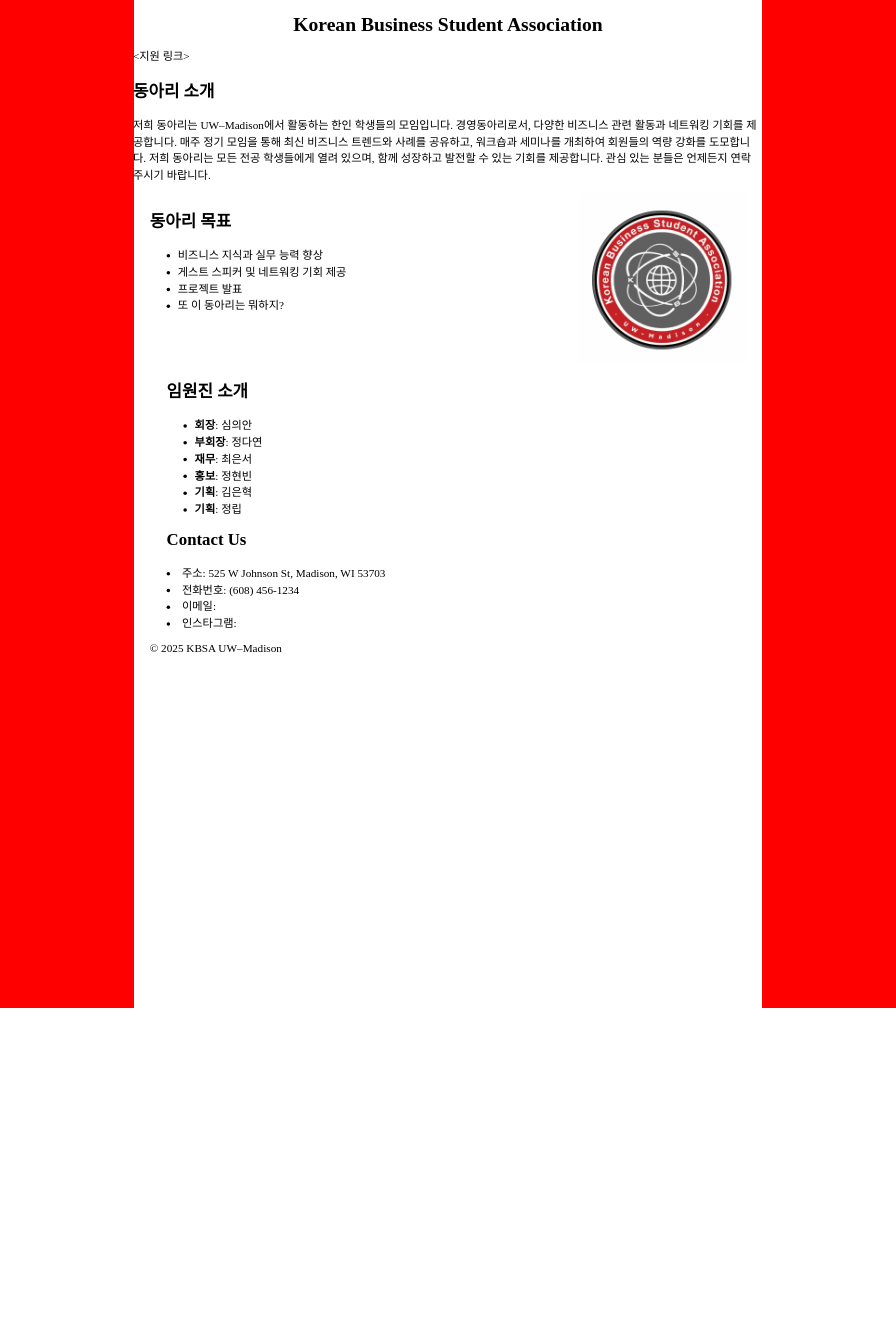
Repository: 23HarveyJi/25-Fall_chillguys
Page: website.html
These files come from the project's save history. The page is drawn as it stood at one moment and after the next save; the edit follows.
The browser window is 1280 px wide. The pictures show the part of the page from y = 0 to 1920 px (the page is 2899 px tall), at 70% of full size.

Above is the page before, as saved 2025-10-16 23:05:24.

### website.html
<!DOCTYPE html>
<html lang="ko">
<head>
  <meta charset="UTF-8" />
  <title>UW–Madison 한인 동아리</title>
  <link rel="stylesheet" href="website.css" />
</head>

<body>
  <!-- 1. 소개 섹션 -->
  <div class="container">
    <h1>Korean Business Student Association</h1>

    <지원 링크>
   <a href="https://linktr.ee/kbsamadison?fbclid=PAZXh0bgNhZW0CMTEAAaez0IGr_gX9bEeE5vzRfHqp_7vcOnbncPf-dCESPKyq1kfbQmb9ICMyHrYzuA_aem_WdY565qK-gTyYfP54jwR1g"></a>

   <h2>동아리 소개</h2>
    <p>저희 동아리는 UW–Madison에서 활동하는 한인 학생들의 모임입니다. 경영동아리로서, 다양한 비즈니스 관련 활동과 네트워킹 기회를 제공합니다.
        매주 정기 모임을 통해 최신 비즈니스 트렌드와 사례를 공유하고, 워크숍과 세미나를 개최하여 회원들의 역량 강화를 도모합니다.
        저희 동아리는 모든 전공 학생들에게 열려 있으며, 함께 성장하고 발전할 수 있는 기회를 제공합니다.
        관심 있는 분들은 언제든지 연락 주시기 바랍니다.
</p>

<div class="container">
  <div class="content">
    <div class="text">
      <h2>동아리 목표</h2>
      <ul>
        <li>비즈니스 지식과 실무 능력 향상</li>
        <li>게스트 스피커 및 네트워킹 기회 제공</li>
        <li>프로젝트 발표</li>
        <li>또 이 동아리는 뭐하지?</li>
      </ul>
    </div>

   <div class="image">
  <!-- 로고에만 링크 -->
  <a href="https://www.instagram.com/kbsa_madison/?hl=en" target="_blank">
    <img src="kbsa.jpg" width="300" alt="KBSA" title="kbsa_madison">
  </a>
</div>

  </div>

  <!-- 2. 임원진 섹션 (body 안에 또 body 넣지 않기!) -->
  <div class="container">
    <h2>임원진 소개</h2>
    <ul class="officers">
      <li><strong>회장</strong>: 심의안</li>
      <li><strong>부회장</strong>: 정다연</li>
      <li><strong>재무</strong>: 최은서</li>
      <li><strong>홍보</strong>: 정현빈</li>
      <li><strong>기획</strong>: 김은혁</li>
      <li><strong>기획</strong>: 정립</li>
    </ul>
  </div>
</body>
</html>
<section>
        <div class="container">
            <h2>Contact Us</h2>
        <p>
            <li>주소: 525 W Johnson St, Madison, WI 53703</li>
            <li>전화번호: (608) 456-1234</li>
           <li>이메일:</li>
            <li>인스타그램:</li>
        </p>
</section>
    <p>© 2025 KBSA UW–Madison</p>
</footer>
</body>

### website.css
/* style.css — HTML 태그 금지! CSS만 */
/* style.css */

html, body {
    height: 200%;
    margin: 0;
}
body {
  background: linear-gradient(to right,
   red 15%,
   white 15% 85%,
   red 85%);
  background-repeat: no-repeat;
margin: 0;
}
.container {
  max-width: 800px;
  margin: 50px auto;
  padding: 0 20px;
}
h1 {
    font-size: 28px;
    font-weight: 700;
    margin-bottom: 15px;
    text-align: center;
}
/* 중앙 본문 폭 */
.container { max-width: 900px; margin: 0 auto; padding: 0 24px; }

/* ⬇️ 핵심 */
.content{
  display: flex;
  align-items: flex-start;
  justify-content: space-between;
  gap: 32px;
}

.text{ flex: 1 1 60%; }                    /* 텍스트 영역 */
.image{ flex: 0 0 260px; display:flex; justify-content:flex-end; }
.image img{ width: 240px; height:auto; display:block; }

/* 좁은 화면에서는 세로로 쌓이게 */
@media (max-width: 768px){
  .content{ flex-direction: column; }
  .image{ justify-content: flex-start; }
}

/* 로고 이미지만 링크 유지 + 클릭 시 효과 주기 (선택사항) */
.image a img {
  transition: transform 0.2s ease;
}

.image a img:hover {
  transform: scale(1.10);
}

After the next save:
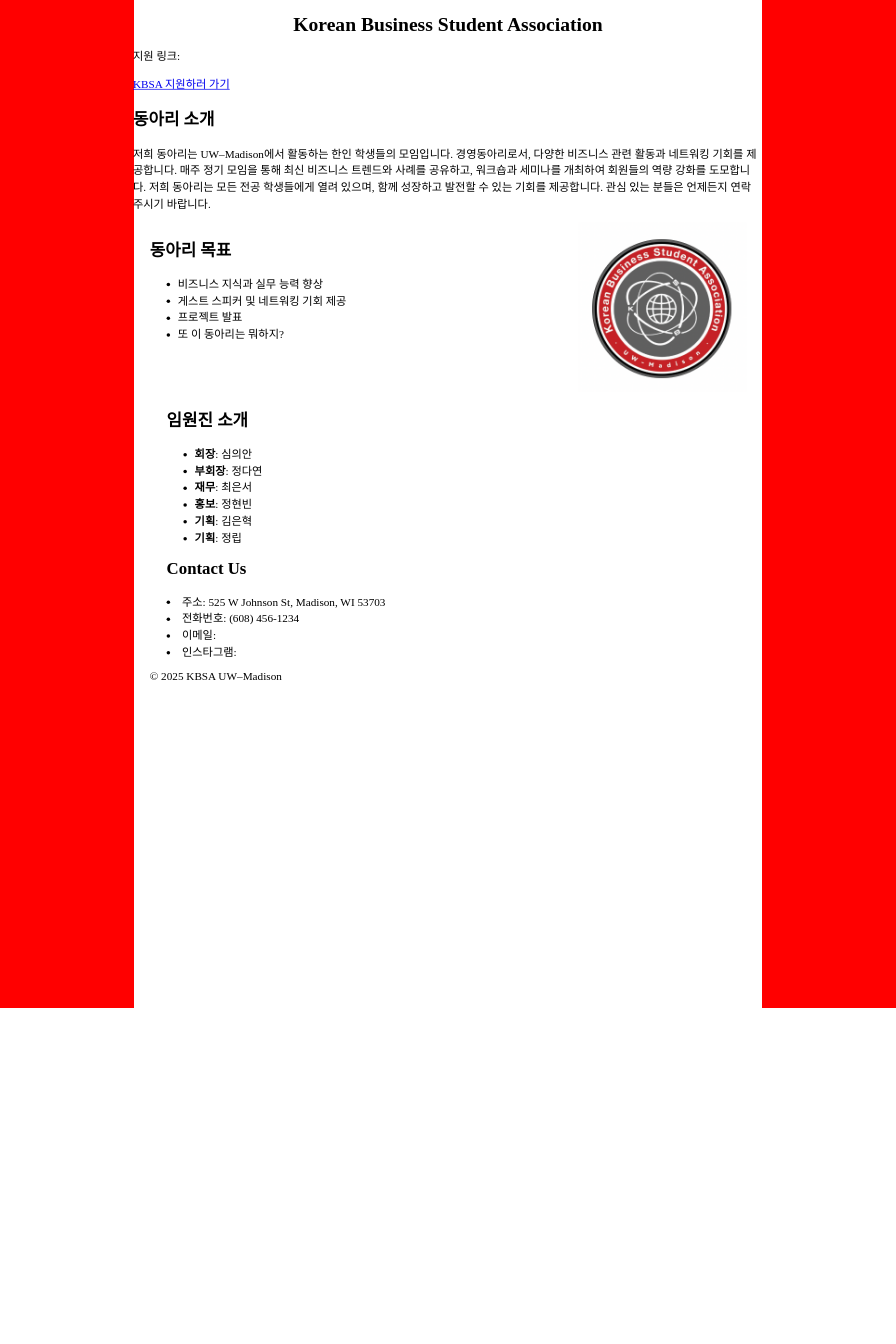
Saved 39 s later.
--- a/website.html
+++ b/website.html
@@ -11,8 +11,10 @@
   <div class="container">
     <h1>Korean Business Student Association</h1>
 
-    <지원 링크>
-   <a href="https://linktr.ee/kbsamadison?fbclid=PAZXh0bgNhZW0CMTEAAaez0IGr_gX9bEeE5vzRfHqp_7vcOnbncPf-dCESPKyq1kfbQmb9ICMyHrYzuA_aem_WdY565qK-gTyYfP54jwR1g"></a>
+   <p>지원 링크:</p>
+<a href="https://linktr.ee/kbsamadison?fbclid=PAZXh0bgNhZW0CMTEAAaez0IGr_gX9bEeE5vzRfHqp_7vc0nbncP" target="_blank">
+  KBSA 지원하러 가기
+</a>
 
    <h2>동아리 소개</h2>
     <p>저희 동아리는 UW–Madison에서 활동하는 한인 학생들의 모임입니다. 경영동아리로서, 다양한 비즈니스 관련 활동과 네트워킹 기회를 제공합니다.
